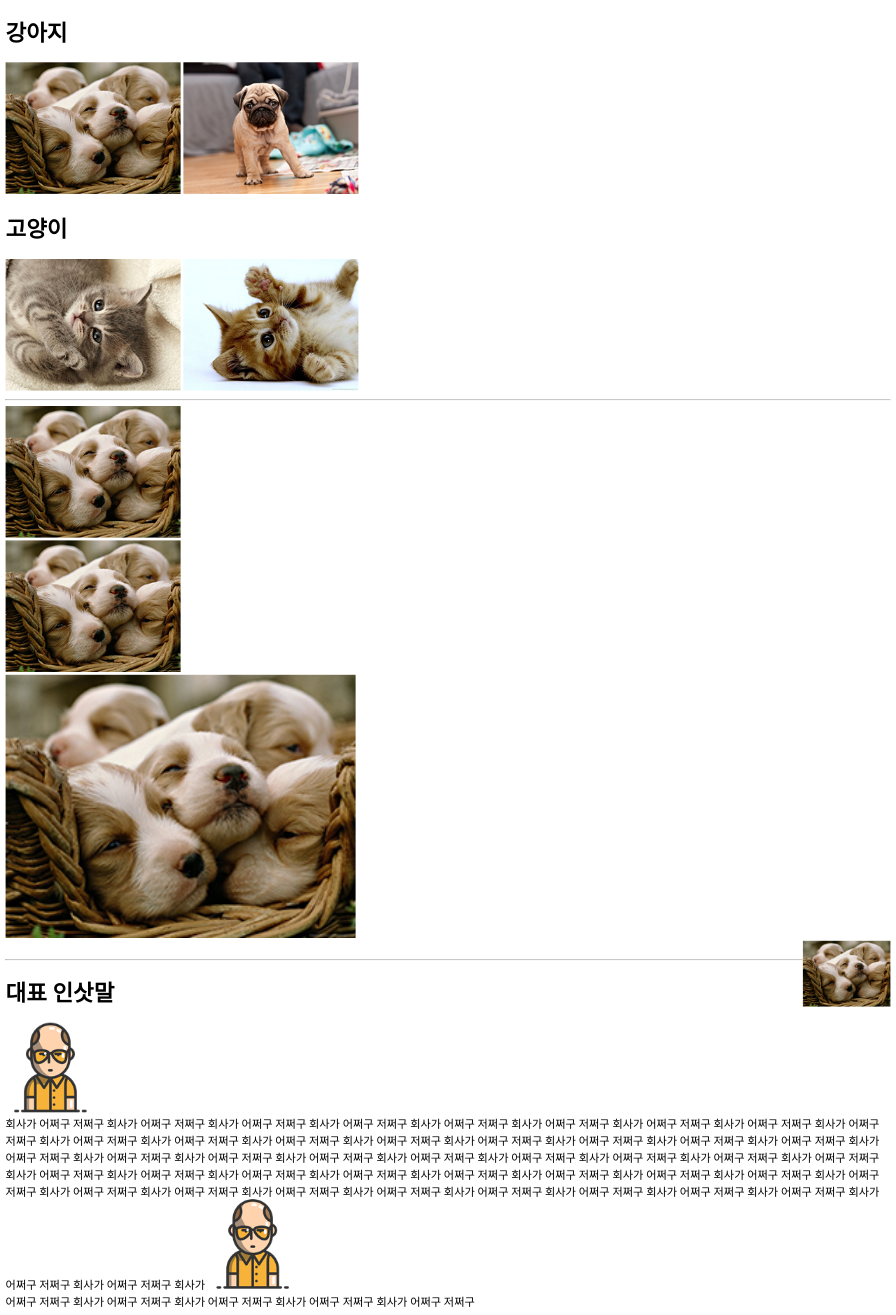
Repository: kmd192kmd/Web
Page: html/HtmlTest/src/main/webapp/ex12_image.html
An editor plug-in stored every save of this project. The page is shown before and after the next save, followed by the edit.
The browser window is 1280 px wide. The pictures show the whole page, at 70% of full size.

Above is the page before, as saved 2026-02-13 03:45:51.

### html/HtmlTest/src/main/webapp/ex12_image.html
<!DOCTYPE html>
<html>
<head>
<meta charset="UTF-8">
<title>Insert title here</title>
</head>
<body>
	<!--

		<img>, Image
		- 이미지를 출력하는 태그
		- 단독 태그
		- 인라인 태그


		img.src
			- 이미지 경로 URL

		img.alt
			- Alternate Text
			- 대체 텍스트
			- 이미지를 설명하는 텍스트(메타 데이터)
			- 필수 속성
			- 장애인용 텍스트
			- 이미지 검색용

	 -->

	 <h1>강아지</h1>

	 <img src="images/dog01.jpg" alt="강아지 오형제">
	 <img src="images/dog02.jpg">

	 <h1>고양이</h1>

	 <img src="images/cat01.jpg">
	 <img src="images/cat02.jpg">

	 <hr>
	  <img src="images/dog01.jpg"><br>
	  <img src="images/dog01.jpg" width="250" height="188"><br>
	  <img src="images/dog01.jpg" width="500" height="376"><br>
	  <img src="images/dog01.jpg" width="125" height="94" align="right"><br>

	 <hr>

	 <h1>대표 인삿말</h1>
	 <div>
	  <img src="images/man_01.png"><br>
	 회사가 어쩌구 저쩌구 회사가 어쩌구 저쩌구 회사가 어쩌구 저쩌구 회사가 어쩌구 저쩌구 회사가 어쩌구 저쩌구 회사가 어쩌구 저쩌구 회사가 어쩌구 저쩌구 회사가 어쩌구 저쩌구 회사가 어쩌구 저쩌구 회사가 어쩌구 저쩌구
	 회사가 어쩌구 저쩌구 회사가 어쩌구 저쩌구 회사가 어쩌구 저쩌구 회사가 어쩌구 저쩌구 회사가 어쩌구 저쩌구 회사가 어쩌구 저쩌구 회사가 어쩌구 저쩌구 회사가 어쩌구 저쩌구 회사가 어쩌구 저쩌구 회사가 어쩌구 저쩌구
	 회사가 어쩌구 저쩌구 회사가 어쩌구 저쩌구 회사가 어쩌구 저쩌구 회사가 어쩌구 저쩌구 회사가 어쩌구 저쩌구 회사가 어쩌구 저쩌구 회사가 어쩌구 저쩌구 회사가 어쩌구 저쩌구 회사가 어쩌구 저쩌구 회사가 어쩌구 저쩌구
	 회사가 어쩌구 저쩌구 회사가 어쩌구 저쩌구 회사가 어쩌구 저쩌구 회사가 어쩌구 저쩌구 회사가 어쩌구 저쩌구 회사가 어쩌구 저쩌구 회사가 어쩌구 저쩌구 회사가 어쩌구 저쩌구 회사가 어쩌구 저쩌구 회사가 어쩌구 저쩌구
	 회사가 어쩌구 저쩌구 회사가 어쩌구 저쩌구 회사가 어쩌구 저쩌구 회사가 어쩌구 저쩌구 회사가 어쩌구 저쩌구 회사가 <img src="images/man_01.png"><br>어쩌구 저쩌구 회사가 어쩌구 저쩌구 회사가 어쩌구 저쩌구
	 회사가 어쩌구 저쩌구 회사가 어쩌구 저쩌구

	 </div>

</body>
</html>

After the next save:
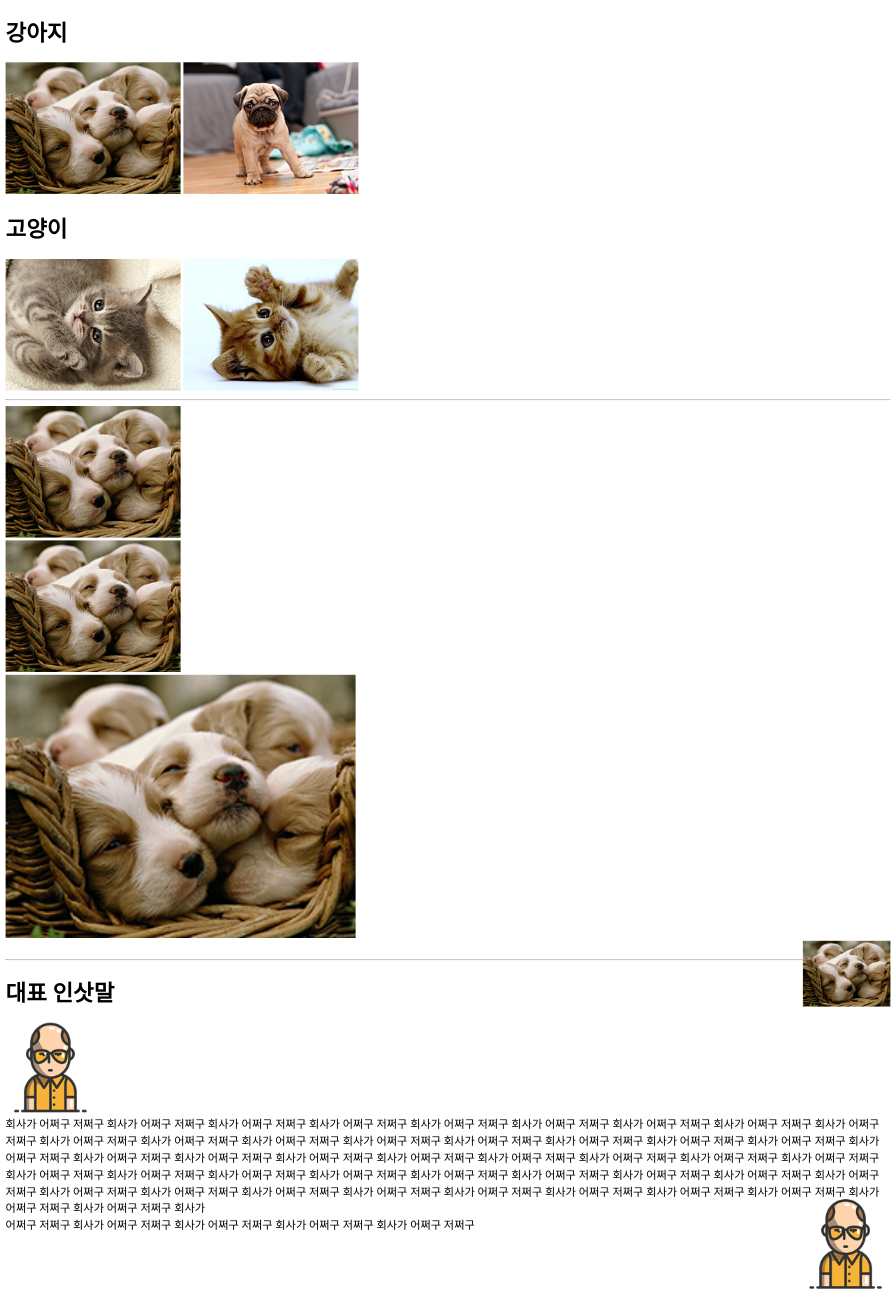
Saved 33 s later.
--- a/html/HtmlTest/src/main/webapp/ex12_image.html
+++ b/html/HtmlTest/src/main/webapp/ex12_image.html
@@ -51,7 +51,7 @@
 	 회사가 어쩌구 저쩌구 회사가 어쩌구 저쩌구 회사가 어쩌구 저쩌구 회사가 어쩌구 저쩌구 회사가 어쩌구 저쩌구 회사가 어쩌구 저쩌구 회사가 어쩌구 저쩌구 회사가 어쩌구 저쩌구 회사가 어쩌구 저쩌구 회사가 어쩌구 저쩌구
 	 회사가 어쩌구 저쩌구 회사가 어쩌구 저쩌구 회사가 어쩌구 저쩌구 회사가 어쩌구 저쩌구 회사가 어쩌구 저쩌구 회사가 어쩌구 저쩌구 회사가 어쩌구 저쩌구 회사가 어쩌구 저쩌구 회사가 어쩌구 저쩌구 회사가 어쩌구 저쩌구
 	 회사가 어쩌구 저쩌구 회사가 어쩌구 저쩌구 회사가 어쩌구 저쩌구 회사가 어쩌구 저쩌구 회사가 어쩌구 저쩌구 회사가 어쩌구 저쩌구 회사가 어쩌구 저쩌구 회사가 어쩌구 저쩌구 회사가 어쩌구 저쩌구 회사가 어쩌구 저쩌구
-	 회사가 어쩌구 저쩌구 회사가 어쩌구 저쩌구 회사가 어쩌구 저쩌구 회사가 어쩌구 저쩌구 회사가 어쩌구 저쩌구 회사가 <img src="images/man_01.png"><br>어쩌구 저쩌구 회사가 어쩌구 저쩌구 회사가 어쩌구 저쩌구
+	 회사가 어쩌구 저쩌구 회사가 어쩌구 저쩌구 회사가 어쩌구 저쩌구 회사가 어쩌구 저쩌구 회사가 어쩌구 저쩌구 회사가 <img src="images/man_01.png" align="right"><br>어쩌구 저쩌구 회사가 어쩌구 저쩌구 회사가 어쩌구 저쩌구
 	 회사가 어쩌구 저쩌구 회사가 어쩌구 저쩌구
 
 	 </div>
